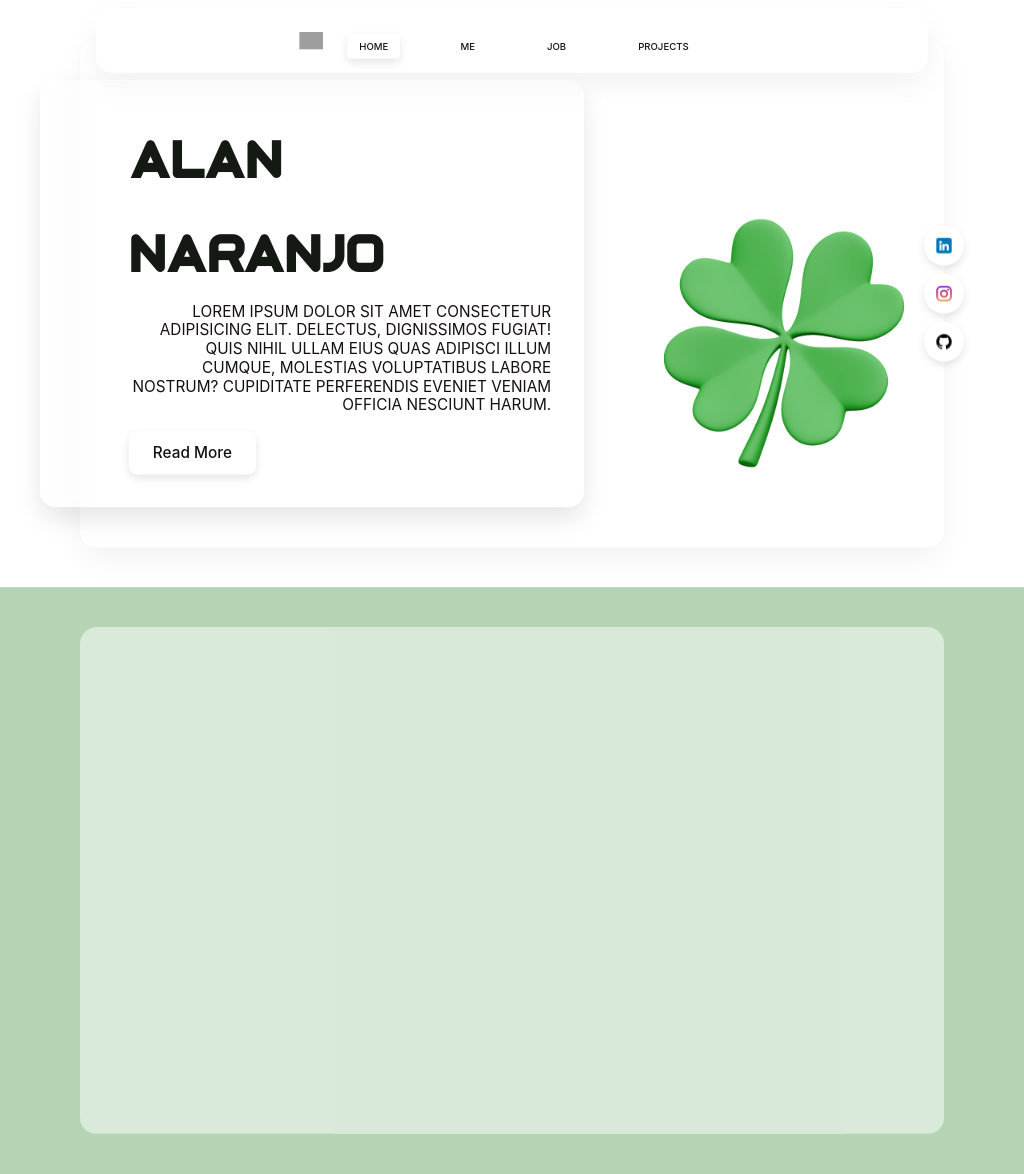
Repository: L-A-M-J-O/Me-sitio-Web
Page: / (app in my-project/)
The author's editor kept a copy of each file at every save. The page is drawn from the files as they stood at one save, then again after the next save.
The browser window is 1280 px wide. The pictures show the whole page, at 80% of full size.
Pictures or frames that could not be fetched are drawn as grey boxes. The project was rebuilt for these pictures with package versions that can differ from the ones it lists, and the page was loaded fresh each time.

Above is the page before, as saved 2022-09-19 16:53:55.

After the next save:
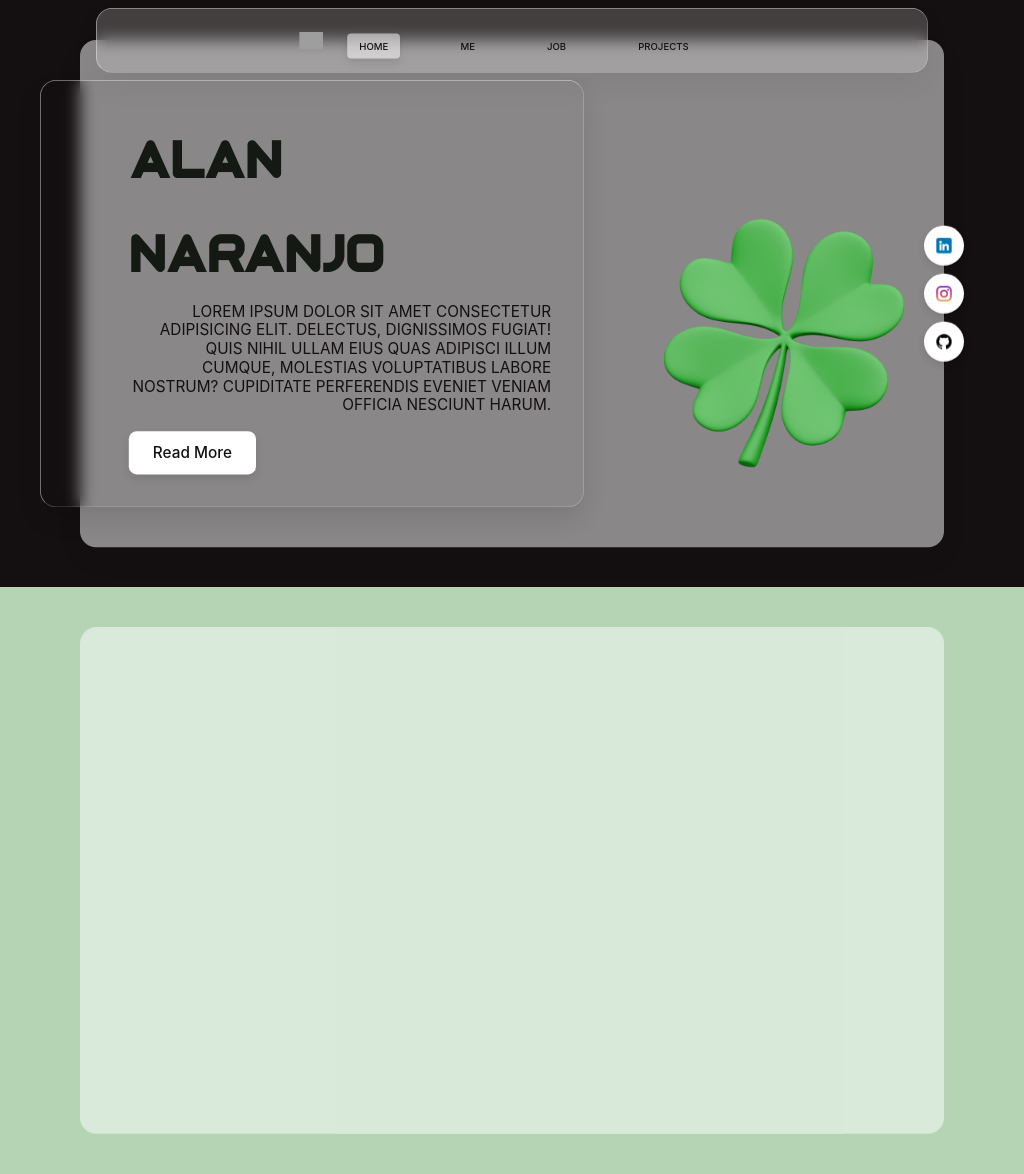
Saved 16 s later.
--- a/my-project/src/components/Navbar/Navbar.css
+++ b/my-project/src/components/Navbar/Navbar.css
@@ -8,7 +8,7 @@ section {
     justify-content: center;
     align-items: center;
     min-height: 100vh;
-    /* background-image: url(../../assets/img/banner.png); */
+    background-color: #140f10;
     background-position: center;
     background-attachment: fixed;
     padding: 50px;
